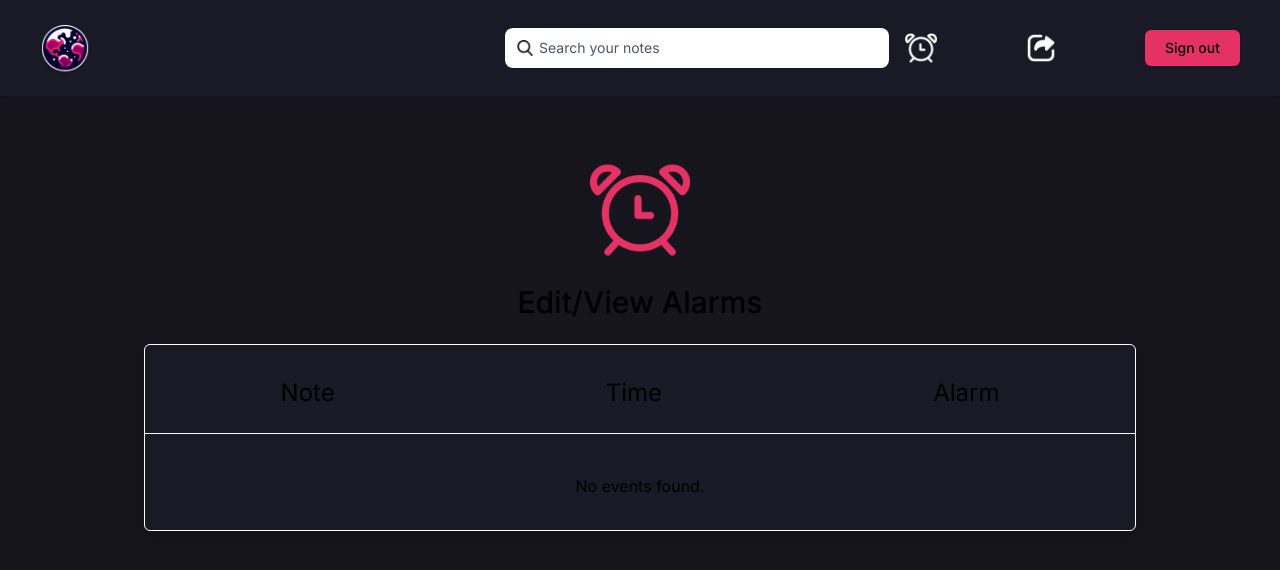
Repository: plan-it-earth/plan-it-earth
Page: /pages/alarm
An editor plug-in stored every save of this project. The page is shown before and after the next save, followed by the edit.
The browser window is 1280 px wide. The pictures show the whole page.
The project was rebuilt for these pictures with package versions that can differ from the ones it lists, and the page was loaded fresh each time. The framework's server and built-in components were replaced by stand-ins that run in the browser. Also part of the build but not shown: next.config.mjs, app/lib/Hooks/dbActions.js, app/Components/AlarmRow.tsx.

Above is the page before, as saved 2024-04-18 20:28:55.

After the next save:
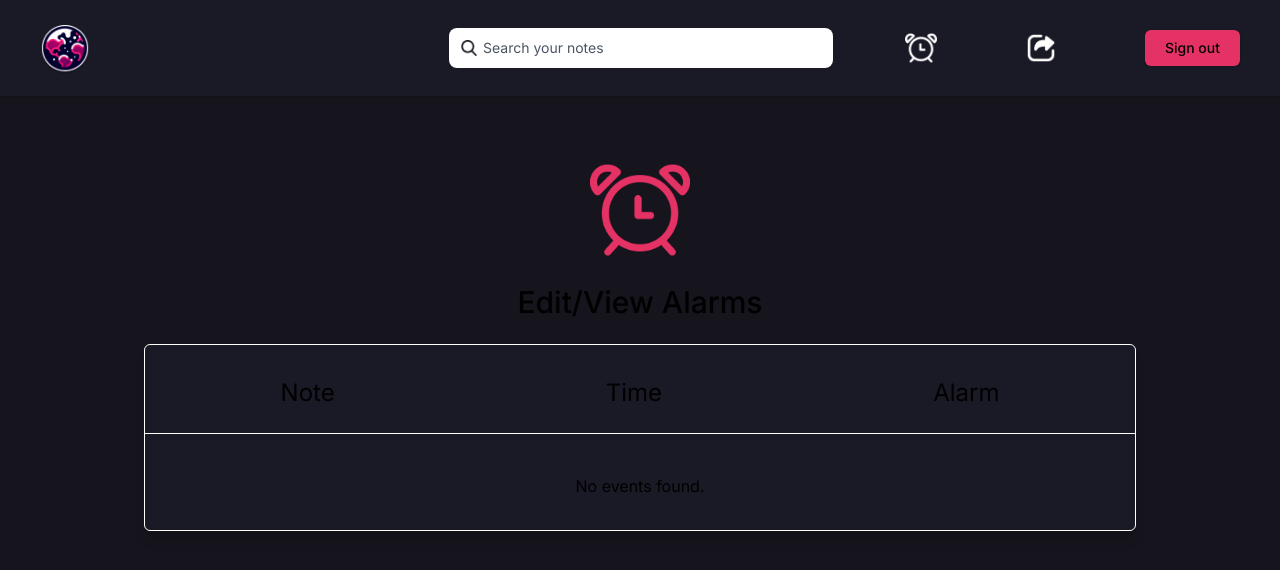
Saved 8 s later.
--- a/app/Components/Header.tsx
+++ b/app/Components/Header.tsx
@@ -44,7 +44,7 @@ export default function Header() {
             <div className="flex flex-row h-full items-center space-x-2 md:gap-20">
                 <Image onClick={routeToCalendar} src={logo} alt="Plan-It-Earth" height={50} width={50} className="h-30 w-30 mt-1 cursor-pointer hover:opacity-85 md:h-35 md:h-35"/>
                 <div className="hidden sm:w-28 sm:block"></div>
-                <div className="hidden sm:w-28 sm:block"></div>
+                <div className="hidden sm:block"></div>
             </div>
             {/*<div className="hidden w-24 lg:block"></div>*/}
             <Search />
